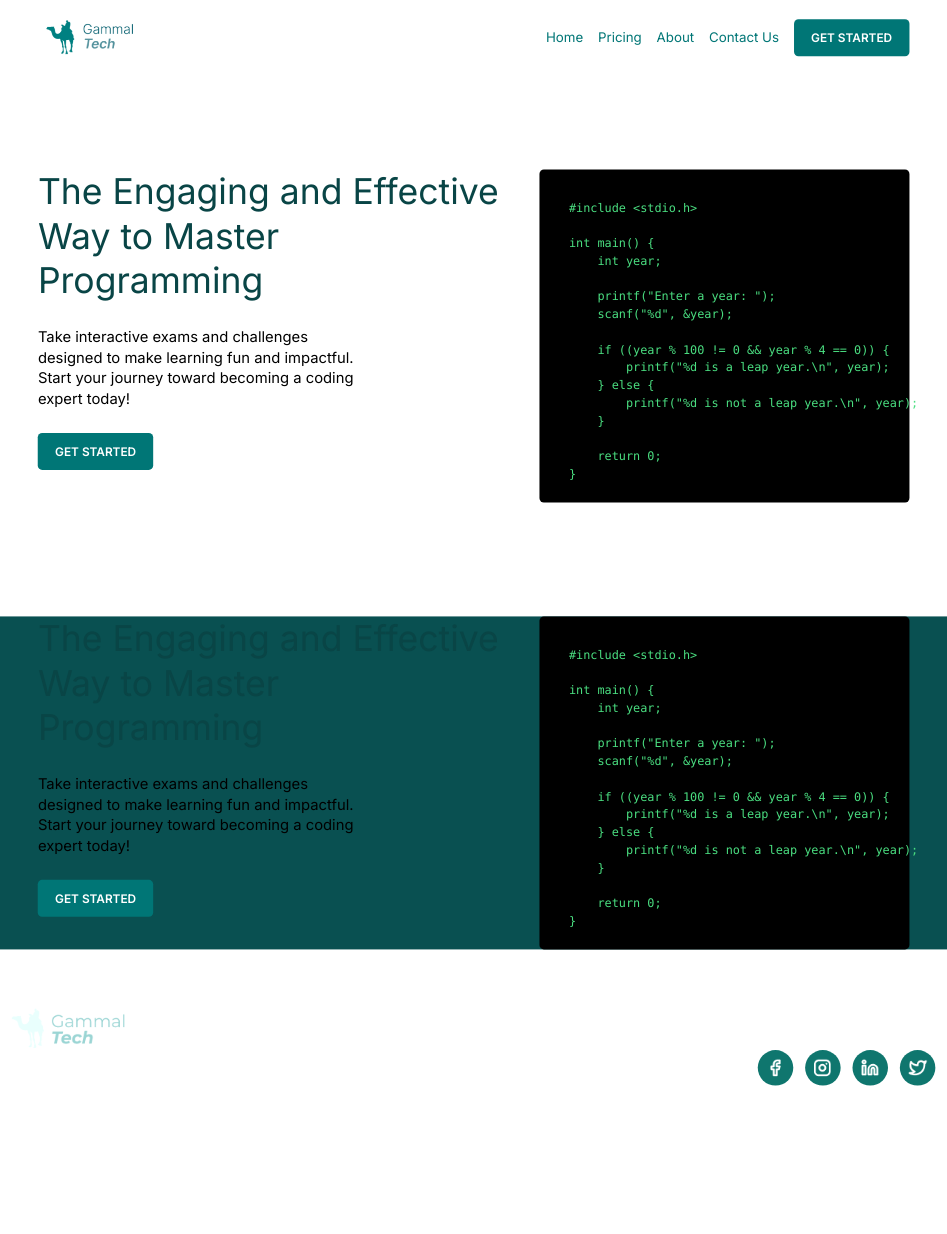
Repository: Ahmed77669/Internship-test
Page: /
These files come from the project's save history. The page is drawn as it stood at one moment and after the next save; the edit follows.
The browser window is 1280 px wide. The pictures show the whole page, at 74% of full size.
The project was rebuilt for these pictures with package versions that can differ from the ones it lists, and the page was loaded fresh each time. The framework's server and built-in components were replaced by stand-ins that run in the browser. Also part of the build but not shown: next.config.mjs.

Above is the page before, as saved 2024-10-13 18:12:44.

### app/layout.tsx
import type { Metadata } from "next";
import localFont from "next/font/local";
import "./globals.css";
import NavBarHome from "@/components/Navbar";
import { Inter } from "next/font/google";
import Footer from "@/components/Footer/Footer";

const inter = Inter({
  subsets: ["latin"],
});
const geistSans = localFont({
  src: "./fonts/GeistVF.woff",
  variable: "--font-geist-sans",
  weight: "100 900",
});
const geistMono = localFont({
  src: "./fonts/GeistMonoVF.woff",
  variable: "--font-geist-mono",
  weight: "100 900",
});

export const metadata: Metadata = {
  title: "Create Next App",
  description: "Generated by create next app",
};

export default function RootLayout({
  children,
}: Readonly<{
  children: React.ReactNode;
}>) {
  return (
    <html lang="en">
      <body
        className={`${geistSans.variable} ${geistMono.variable} antialiased ${inter.className}`}
      >
        <NavBarHome />
        {children}
        <Footer />
      </body>
    </html>
  );
}

### app/page.tsx
import NavBarHome from "@/components/Navbar";
import Home_1 from "@/components/Home_1";
import Image from "next/image";

export default function Home() {
  return (
      <main>
        <Home_1 />
      </main>

  );
}

### app/globals.css
@tailwind base;
@tailwind components;
@tailwind utilities;

:root {
  --background: #ffffff;
  /* --foreground: #171717; */
}

@media (prefers-color-scheme: dark) {
  :root {
    /* --background: #0a0a0a; */
    --foreground: #ededed;
  }
}

body {
  color: var(--foreground);
  background: var(--background);
  font-family: Arial, Helvetica, sans-serif;
}

@layer utilities {
  .text-balance {
    text-wrap: balance;
  }
}

### components/Navbar.tsx
"use client";
import React, { useState, useRef, useEffect } from "react";
import GT_logo from "@/public/Component 6.png";
import Link from "next/link";
import { Inter } from "next/font/google";
import Image from "next/image";
import { useRouter } from "next/navigation";

const inter = Inter({
  subsets: ["latin"],
  weight: ["100", "200", "300", "400", "500", "600", "700"],
});

const NavBarHome = () => {
  const [isOpen, setIsOpen] = useState(false);
  const menuRef = useRef(null);
  const router = useRouter();

  const route = (page: string) => {
    router.push(page);
  };

  const handleOutsideClick = (event: { target: any; }) => {
    if (menuRef.current && !menuRef.current.contains(event.target)) {
      setIsOpen(false);
    }
  };

  useEffect(() => {
    document.addEventListener("mousedown", handleOutsideClick);
    return () => {
      document.removeEventListener("mousedown", handleOutsideClick);
    };
  }, []);

  const toggleMenu = () => {
    setIsOpen((prev) => !prev);
  };

  return (
    <div className={`py-5 container mx-auto ${inter.className} w-[92%]`}>
      <nav className="relative">
        <ul className="flex justify-between items-center">
          <li className="min-w-[152px]">
            <Link href="/">
              <Image
                src={GT_logo}
                alt="Gammal Tech Logo"
                width={130}
                className="cursor-pointer"
              />
            </Link>
          </li>
          <div className="hidden md:flex space-x-5">
            <Link href="/" className="text-[#007676] text-[18px] font-normal flex items-center">Home</Link>
            <Link href="/pricing" className="text-[#007676] text-[18px] font-normal flex items-center">Pricing</Link>
            {/* <Link href="/contests" className="text-[#007676] text-[18px] font-normal flex items-center">Contests</Link> */}
            {/* <Link href="/ai-challenge" className="text-[#007676] text-[18px] font-normal flex items-center">AI Challenge</Link> */}
            {/* <Link href="/rank" className="text-[#007676] text-[18px] font-normal flex items-center">Rank</Link> */}
            <Link href="/about" className="text-[#007676] text-[18px] font-normal flex items-center">About</Link>
            <Link href="/about" className="text-[#007676] text-[18px] font-normal flex items-center">Contact Us</Link>

            <button
              onClick={() => route("/")}
              className="bg-[#007676] text-white rounded-md w-[156px] h-[50px] text-[16px] font-semibold  py-1 px-3 transition-all duration-300 ease-in-out hover:bg-[#005555] hover:shadow-lg"
            >
              GET STARTED
            </button>

          </div>
          <div className="md:hidden flex items-center">
            <button onClick={toggleMenu} className="text-[#007676] focus:outline-none">
              {/* {isOpen ? (
                <FaTimes className="text-2xl" />
              ) : (
                <FaBars className="text-2xl" />
              )} */}
            </button>
          </div>
        </ul>

        {isOpen && (
          <div
            ref={menuRef}
            className="absolute right-0 mt-2 w-48 bg-white shadow-lg rounded-lg z-20 transition-transform transform origin-top-right scale-100 mx-4"
          >
            <div className="flex flex-col">
              <Link
                href="/"
                className="text-[#007676] text-lg font-semibold hover:bg-[#f0f0f0] transition duration-200 p-3 rounded-lg"
                onClick={() => setIsOpen(false)}
              >
                Home
              </Link>
              <Link
                href="/pricing"
                className="text-[#007676] text-lg font-semibold hover:bg-[#f0f0f0] transition duration-200 p-3 rounded-lg"
                onClick={() => setIsOpen(false)}
              >
                Pricing
              </Link>
              <Link
                href="/contests"
                className="text-[#007676] text-lg font-semibold hover:bg-[#f0f0f0] transition duration-200 p-3 rounded-lg"
                onClick={() => setIsOpen(false)}
              >
                Contests
              </Link>
              <Link
                href="/ai-challenge"
                className="text-[#007676] text-lg font-semibold hover:bg-[#f0f0f0] transition duration-200 p-3 rounded-lg"
                onClick={() => setIsOpen(false)}
              >
                AI Challenge
              </Link>
              <Link
                href="/rank"
                className="text-[#007676] text-lg font-semibold hover:bg-[#f0f0f0] transition duration-200 p-3 rounded-lg"
                onClick={() => setIsOpen(false)}
              >
                Rank
              </Link>
              <Link
                href="/about"
                className="text-[#007676] text-lg font-semibold hover:bg-[#f0f0f0] transition duration-200 p-3 rounded-lg"
                onClick={() => setIsOpen(false)}
              >
                About Us
              </Link>
            </div>
          </div>
        )}
      </nav>
    </div>
  );
};

export default NavBarHome;

### components/Footer/Footer.tsx
import React from 'react';
import Image from "next/image";
import footerLogo from "@/public/gammalTech-logos/footer-logo.png";
import Link from 'next/link';
import linkdin from "@/public/socialmediaIcons/linkdin.png";
import facebook from "@/public/socialmediaIcons/Facebook.png";
import instagram from "@/public/socialmediaIcons/Instagram.png";
import twitter from "@/public/socialmediaIcons/Twitter.png";

const Footer = () => {
  return (

      <section className= "bg-primary py-20 min-h-96 h-auto">
        <div className="container mx-auto px-4 ">
          <div className="flex justify-between flex-wrap ">
            <div className='mb-10'>
              <div className="mb-6">
                <Image src={footerLogo} alt='Gammal Tech Logo' width={152} />
              </div>
              <div className="text-white w-80">
                We are an online educational platform that capitalizes on human potential by assisting professionals and aspiring individuals to succeed in their goals.
              </div>
            </div>

            <div className="text-white flex flex-col mb-10">
              <p className="font-semibold mb-5">1. Featured links</p>
              <div className="flex justify-between ">
                <div className="space-y-2 mr-6">
                  <p className='cursor-pointer'>Home</p>
                  <p className='cursor-pointer'>About</p>
                  <p className='cursor-pointer'>Pricing</p>
                </div>
                <div className="space-y-2">
                  <p className='cursor-pointer'>Contact</p>
                  <p className='cursor-pointer'>Terms</p>
                  <p className='cursor-pointer'>Privacy Policy</p>
                </div>
              </div>
            </div>

            <div>
              <p className="text-white font-semibold mb-8">2. Connect with us</p>
              <div className="flex space-x-4">
                <Link href="https://www.facebook.com/gammal.tech/?locale=ar_AR" passHref target='_blank'>
                  <div className="w-12 h-12 bg-teal-700 rounded-full flex items-center justify-center cursor-pointer">
                    <Image src={facebook} alt='Facebook Logo' />
                  </div>
                </Link>
                <Link href="https://www.instagram.com/gammal.tech/?hl=ar" passHref target='_blank'>
                  <div className="w-12 h-12 bg-teal-700 rounded-full flex items-center justify-center cursor-pointer">
                    <Image src={instagram} alt='Instagram Logo' />
                  </div>
                </Link>
                <Link href="https://www.linkedin.com/company/gammal-tech/" passHref target='_blank'>
                  <div className="w-12 h-12 bg-teal-700 rounded-full flex items-center justify-center cursor-pointer">
                    <Image src={linkdin} alt='LinkedIn Logo' />
                  </div>
                </Link>
                <Link href="https://x.com/gammaltech?lang=ar" passHref target='_blank'>
                  <div className="w-12 h-12 bg-teal-700 rounded-full flex items-center justify-center cursor-pointer">
                    <Image src={twitter} alt='Twitter Logo' />
                  </div>
                </Link>
              </div>
            </div>
          </div>
        </div>
      </section>
  );
};

export default Footer;

### components/Home_1.tsx
import React from 'react'

const Home = () => {
  return (
    <section className='mt-32'>
        <div className="w-[92%]  container mx-auto flex justify-between flex-wrap">
            <div className='w-[640px]'>
                <div className="text-[#094546] text-5xl w-full leading-[60px]">The Engaging and Effective Way to Master Programming</div>

                    <p className='text-black w-2/3 text-xl mt-8'>
                    Take interactive exams and challenges designed to make learning fun and impactful. Start your journey toward becoming a coding expert today!
                    </p>

                <button
              // onClick={() => route("/")}
              className="bg-[#007676] text-white rounded-md w-[156px] h-[50px] text-[16px] font-semibold  py-1 px-3 transition-all duration-300 ease-in-out hover:bg-[#005555] hover:shadow-lg mt-8"
            >
              GET STARTED
            </button>
            </div>
            <div className='bg-black rounded-md w-[500px] h-[450px] p-10 flex flex-wrap'>


              <pre className='text-[#4ADE80]'>
              {`#include <stdio.h>

int main() {
    int year;

    printf("Enter a year: ");
    scanf("%d", &year);

    if ((year % 100 != 0 && year % 4 == 0)) {
        printf("%d is a leap year.\\n", year);
    } else {
        printf("%d is not a leap year.\\n", year);
    }

    return 0;
}`}

               </pre>
               </div>

        </div>
<div className='bg-[#095051] mt-[12%]'>

<div className="w-[92%]  container mx-auto flex justify-between flex-wrap">
            <div className='w-[640px]'>
                <div className="text-[#094546] text-5xl w-full leading-[60px]">The Engaging and Effective Way to Master Programming</div>

                    <p className='text-black w-2/3 text-xl mt-8'>
                    Take interactive exams and challenges designed to make learning fun and impactful. Start your journey toward becoming a coding expert today!
                    </p>

                <button
              // onClick={() => route("/")}
              className="bg-[#007676] text-white rounded-md w-[156px] h-[50px] text-[16px] font-semibold  py-1 px-3 transition-all duration-300 ease-in-out hover:bg-[#005555] hover:shadow-lg mt-8"
            >
              GET STARTED
            </button>
            </div>
            <div className='bg-black rounded-md w-[500px] h-[450px] p-10 flex flex-wrap'>


              <pre className='text-[#4ADE80]'>
              {`#include <stdio.h>

int main() {
    int year;

    printf("Enter a year: ");
    scanf("%d", &year);

    if ((year % 100 != 0 && year % 4 == 0)) {
        printf("%d is a leap year.\\n", year);
    } else {
        printf("%d is not a leap year.\\n", year);
    }

    return 0;
}`}

               </pre>
               </div>

        </div>
</div>

    </section>
  )
}

export default Home

Loaded but not shown: tailwind.config.ts (common file)

After the next save:
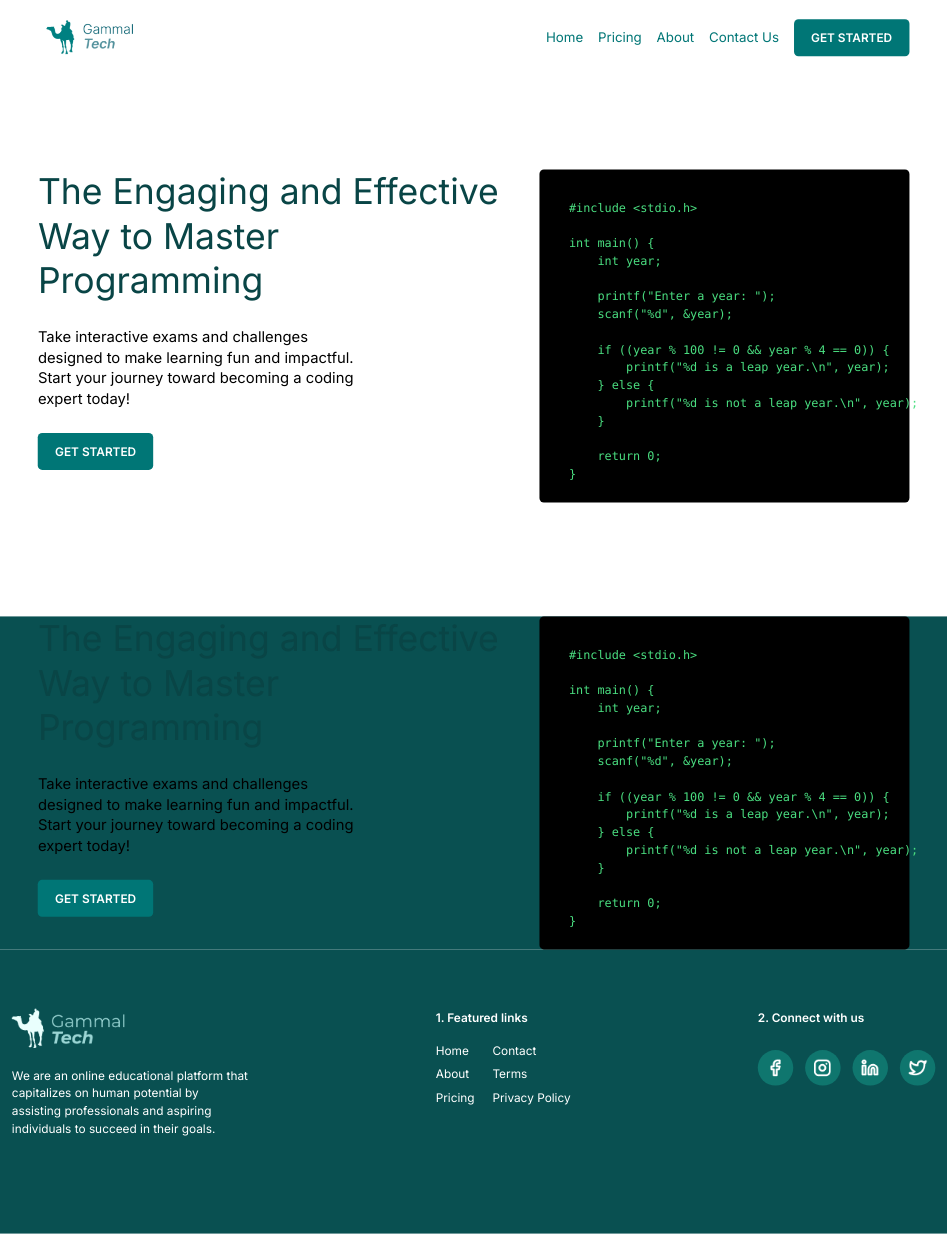
Saved 2 min 55 s later.
--- a/components/Footer/Footer.tsx
+++ b/components/Footer/Footer.tsx
@@ -10,7 +10,7 @@
 const Footer = () => {
   return (
 
-      <section className= "bg-primary py-20 min-h-96 h-auto">
+      <section className= "bg-[#095051] py-20 min-h-96 h-auto">
         <div className="container mx-auto px-4 ">
           <div className="flex justify-between flex-wrap ">
             <div className='mb-10'>
